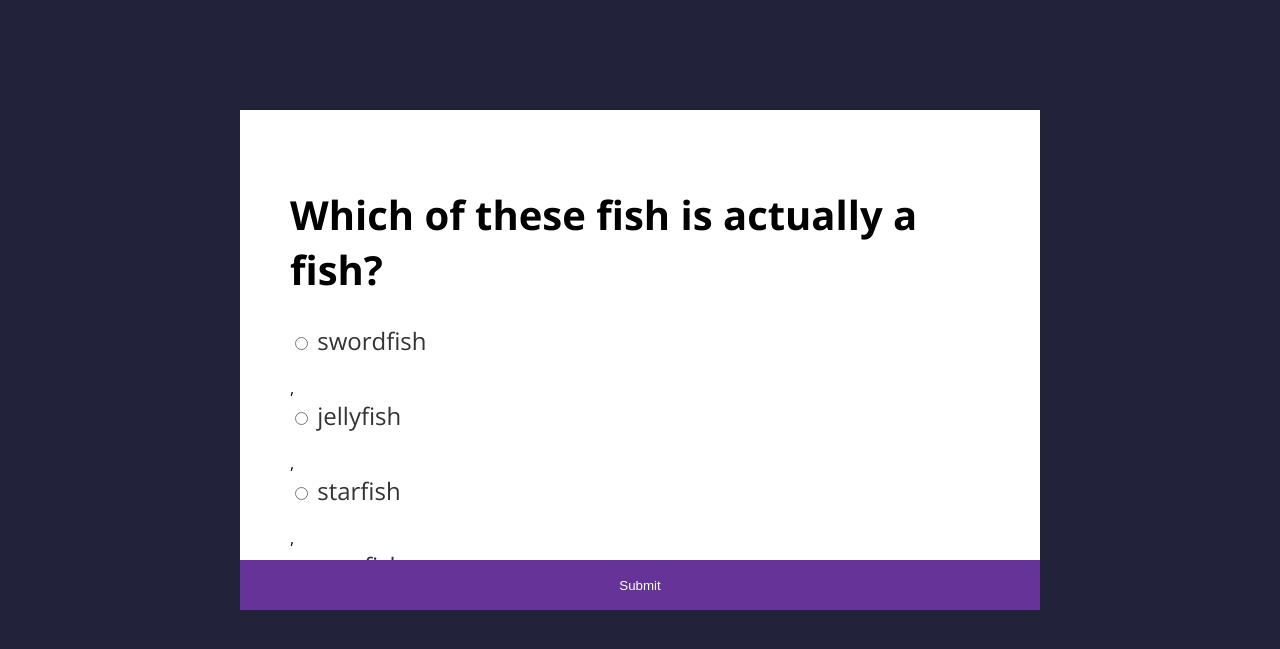
Repository: Wanglongzhi2001/Learn-javascript
Page: quiz/quiz.html
These files come from the project's save history. The page is drawn as it stood at one moment and after the next save; the edit follows.
The browser window is 1280 px wide. The pictures show the whole page.

Above is the page before, as saved 2023-02-02 20:08:13.

After the next save:
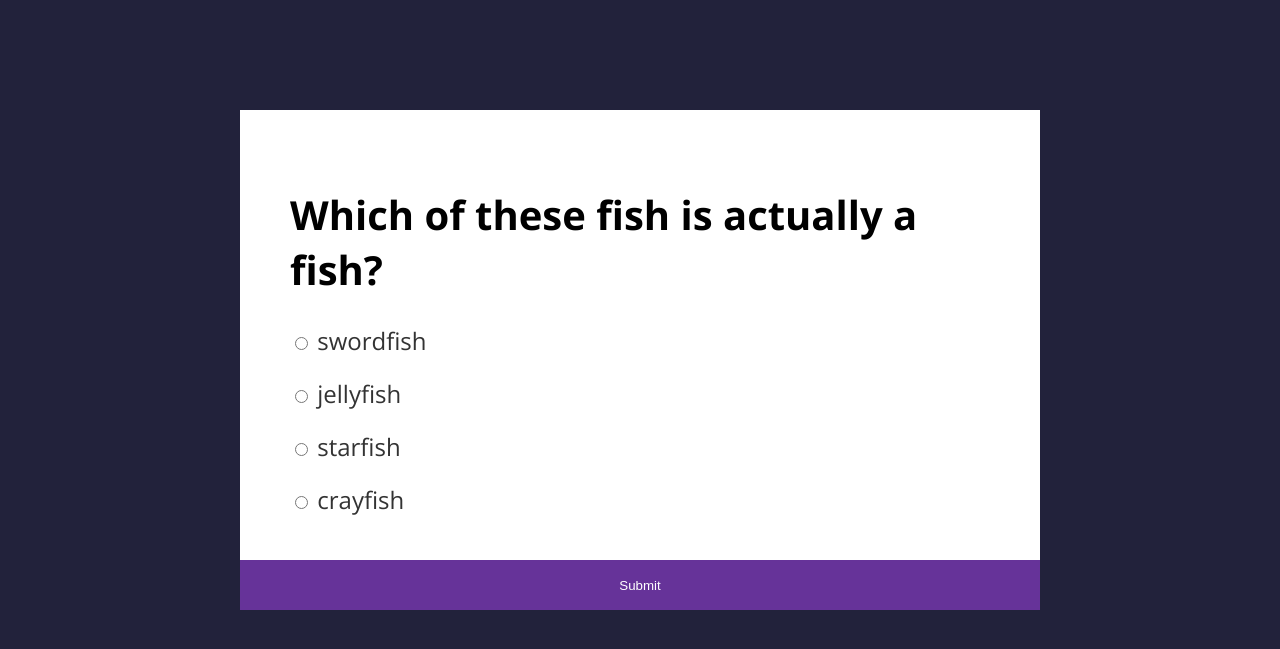
Saved 25 s later.
--- a/quiz/quiz.js
+++ b/quiz/quiz.js
@@ -53,7 +53,7 @@ const showQuestion = (qNumber) =>{
         <label for=${index}>${item.answer}</label>
     </div>
     `
-    );
+    ).join("");
 };
 
 showQuestion(qIndex)
